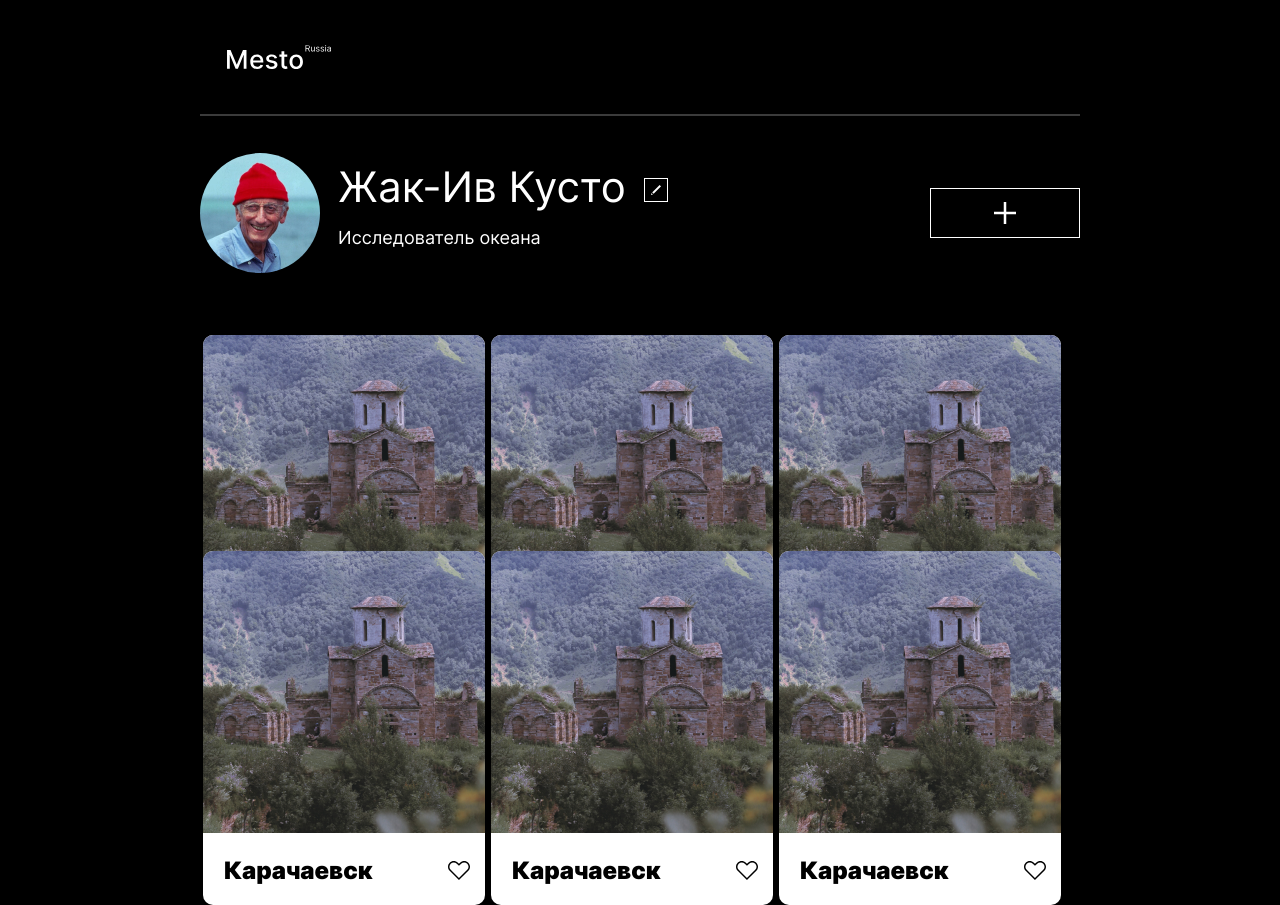
Repository: dyond/mesto
Page: index.html
These files come from the project's save history. The page is drawn as it stood at one moment and after a run of saves; the edit follows.
The browser window is 1280 px wide. The pictures show the whole page.

Above is the page before, as saved 2022-11-28 19:47:55.

### index.html
<!DOCTYPE html>
<html lang="ru">
<head>
  <meta charset="UTF-8">
  <meta http-equiv="X-UA-Compatible" content="IE=edge">
  <meta name="viewport" content="width=device-width, initial-scale=1.0">
  <link rel="stylesheet" href="pages/index.css">
  <title>Mesto</title>
</head>
<body class="root">
  <div class="page">
    <header class="header">
      <img src="images/logo.svg" alt="" class="header__logo">
      <hr class="header__line">
    </header>
    <main>
      <section class="profile">
        <img src="images/avatar.jpg" alt="" class="profile__avatar">
        <div class="profile__info">
          <div class="profile__info-group">
            <h1 class="profile__info-title">Жак-Ив Кусто</h1>
            <button class="profile__info-button profile__info-button__edit">
              <img src="images/Vector.png" alt="">
            </button>
          </div>
          <p class="profile__info-subtitle">Исследователь океана</p>

        </div>
        <button class="profile__info-button profile__info-button__add">
          <img src="images/Vector_2.png" alt="">
        </button>
      </section>
      <section class="cards">
        <div class="card">
          <img src="images/kirill-pershin-1088404-unsplash.jpg" alt="" class="card__image">
          <div class="card__group">
            <h2 class="card__title">Карачаевск</h2>
            <button class="card__button">
              <img src="images/vector_3.svg" alt="">
            </button>
          </div>
        </div>
        <div class="card">
          <img src="images/kirill-pershin-1088404-unsplash.jpg" alt="" class="card__image">
          <div class="card__group">
            <h2 class="card__title">Карачаевск</h2>
            <button class="card__button">
              <img src="images/vector_3.svg" alt="">
            </button>
          </div>
        </div>
        <div class="card">
          <img src="images/kirill-pershin-1088404-unsplash.jpg" alt="" class="card__image">
          <div class="card__group">
            <h2 class="card__title">Карачаевск</h2>
            <button class="card__button">
              <img src="images/vector_3.svg" alt="">
            </button>
          </div>
        </div>
        <div class="card">
          <img src="images/kirill-pershin-1088404-unsplash.jpg" alt="" class="card__image">
          <div class="card__group">
            <h2 class="card__title">Карачаевск</h2>
            <button class="card__button">
              <img src="images/vector_3.svg" alt="">
            </button>
          </div>
        </div>
        <div class="card">
          <img src="images/kirill-pershin-1088404-unsplash.jpg" alt="" class="card__image">
          <div class="card__group">
            <h2 class="card__title">Карачаевск</h2>
            <button class="card__button">
              <img src="images/vector_3.svg" alt="">
            </button>
          </div>
        </div>
        <div class="card">
          <img src="images/kirill-pershin-1088404-unsplash.jpg" alt="" class="card__image">
          <div class="card__group">
            <h2 class="card__title">Карачаевск</h2>
            <button class="card__button">
              <img src="images/vector_3.svg" alt="">
            </button>
          </div>
        </div>
      </section>
    </main>
  </div>
</body>
</html>

### pages/index.css
/* NORMALIZE */
@import url(../vendor/normalize.css);

/* ROOT */
@import url(../blocks/root/root.css);

/* PAGE */
@import url(../blocks/page/page.css);

/* FONTS */
@import url(../vendor/fonts/fonts.css);

/* HEADER */
@import url(../blocks/header/header.css);
@import url(../blocks/header/__logo/header__logo.css);
@import url(../blocks/header/__line/header__line.css);

/* PROFILE */
@import url(../blocks/profile/profile.css);
@import url(../blocks/profile/__avatar/profile__avatar.css);
@import url(../blocks/profile/__info-button/profile__info-button.css);
@import url(../blocks/profile/__info/profile__info.css);
@import url(../blocks/profile/__info-group/profile__info-group.css);
@import url(../blocks/profile/__info-title/profile__info-title.css);
@import url(../blocks/profile/__info-subtitle/profile__info-subtitle.css  );
@import url(../blocks/profile/__info-button/__edit/profile__info-button__edit.css);
@import url(../blocks/profile/__info-button/__add/profile__info-button__add.css);

/* CARDS */
@import url(../blocks/cards/cards.css);
@import url(../blocks/cards/card/card.css);
@import url(../blocks/cards/card/__title/card__title.css);
@import url(../blocks/cards/card/__button/card__button.css);
@import url(../blocks/cards/card/__group/card__group.css);
@import url(../blocks/cards/card/__image/card__image.css);

### blocks/root/root.css
.root{
  background: #000000;
}

### blocks/page/page.css
.page{
  font-family: 'Inter', Arial, sans-serif;
  max-width: 880px;
  margin: 0 auto;
}

### vendor/fonts/fonts.css
@font-face {
  font-family: "Inter";
  src: local("Inter"),
    url("./Inter-Regular.woff2") format("woff2"),
    url("./Inter-Regular.woff") format("woff");
  font-weight: 400;
}

@font-face {
  font-family: "Inter";
  src: local("Inter"),
    url("./Inter-Bold.woff2") format("woff2"),
    url("./Inter-Bold.woff") format("woff");
  font-weight: 700;
}

@font-face {
  font-family: "Inter";
  src: local("Inter"),
    url("./Inter-Black.woff2") format("woff2"),
    url("./Inter-Black.woff") format("woff");
  font-weight: 900;
}

### blocks/header/header.css
.header {
  margin: 28px 0 42px;
  height: 56px;
}

@media screen and (min-width: 880px) {
  .header {
      margin: 45px 0 40px;
  }
}

### blocks/header/__logo/header__logo.css
.header__logo{
  width: 104px;
  margin-bottom: 32px;
  margin-left: 27px;
}

@media screen and (min-width: 880px) {
  .header__logo {
    margin-bottom: 41px;
  }
}

### blocks/header/__line/header__line.css
.header__line{
  margin: 0;
  opacity: 0.7;
  border: 1px solid #545454;
  background-color: #545454;
}

### blocks/profile/profile.css
.profile{
  font-size: 0px;
  display: flex;
  flex-direction: column;
  align-items: center;
  flex-wrap: wrap;
  justify-content: space-between;
  margin-bottom: 36px;
}

@media screen and (min-width: 880px){
  .profile{
    flex-direction: row;
    margin-bottom: 50px;
  }
}

### blocks/profile/__avatar/profile__avatar.css
.profile__avatar{
  border-radius: 50%;
  max-width: 120px;
}

### blocks/profile/__info-button/profile__info-button.css
.profile__info-button:hover{
  cursor: pointer;
  opacity: 0.6;
}

### blocks/profile/__info/profile__info.css
.profile__info{
  color: #fff;
}

### blocks/profile/__info-group/profile__info-group.css
.profile__info-group {
  display: flex;
  align-items: center;
  margin-left: 25px;
}

@media screen and (min-width: 880px) {
  .profile__info-group {
    margin-left: 0;
  }
}

### blocks/profile/__info-title/profile__info-title.css
.profile__info-title{
  margin: 0 auto;
  font-weight: 500;
  font-size: 27px;
  line-height: 33px;
  text-align: center;
  margin-top: 26px;
  margin-bottom: 14px;
}

@media screen and (min-width: 880px) {
  .profile__info-title {
    margin-top: 22px;
    margin-bottom: 16px;
    font-size: 42px;
    line-height: 48px;
  }
}

### blocks/profile/__info-subtitle/profile__info-subtitle.css
.profile__info-subtitle{
  margin: 0;
  font-weight: 400;
  font-size: 14px;
  text-align: center;
  line-height: 17px;
  margin-bottom: 36px;
}

@media screen and (min-width: 880px) {
  .profile__info-subtitle {
    font-size: 18px;
    line-height: 22px;
    text-align: start;
  }
}

### blocks/profile/__info-button/__edit/profile__info-button__edit.css
.profile__info-button__edit{
  padding: 0;
  height: 18px;
  width: 18px;
  background: transparent;
  border: 1px solid #fff;
  margin-left: 10px;
  margin-top: 12px;
}

@media screen and (min-width: 880px) {
  .profile__info-button__edit {
    height: 24px;
    width: 24px;
    margin-top: 12px;
    margin-left: 18px;
  }
}

### blocks/profile/__info-button/__add/profile__info-button__add.css
.profile__info-button__add{
  padding: 0;
  width: 282px;
  height: 50px;
  background: transparent;
  border: 1px solid #fff;
}

@media screen and (min-width: 880px) {
  .profile__info-button__add {
    margin-left: 244px;
    width: 150px;
  }
}

### blocks/cards/cards.css
.cards{
  display: grid;
  grid-template-columns: repeat(auto-fill, 288px);
    grid-template-rows: repeat(auto-fill, 216px);
}

### blocks/cards/card/card.css
.card{
  margin: 0 auto;
  /* max-width: 282px; */
  border-radius: 10px;
  background-color: #fff;
  text-align: center;
}

### blocks/cards/card/__title/card__title.css
.card__title{
  font-weight: 900;
  font-size: 24px;
  line-height: 29px;
}

### blocks/cards/card/__button/card__button.css
.card__button{
  padding: 0;
  font-size: 0;
  background: transparent;
  border: none;
  color: #fff;
}

.card__button:hover{
  cursor: pointer;
  opacity: 0.6;
}

### blocks/cards/card/__group/card__group.css
.card__group{
  display: flex;
  justify-content: space-between;
  margin: 0px 15px 0px 21px;
}

### blocks/cards/card/__image/card__image.css
.card__image{
  max-width: 282px;
  border-top-right-radius: 10px;
  border-top-left-radius: 10px;
}

Loaded but not shown: vendor/normalize.css (library)

After the next 2 saves:
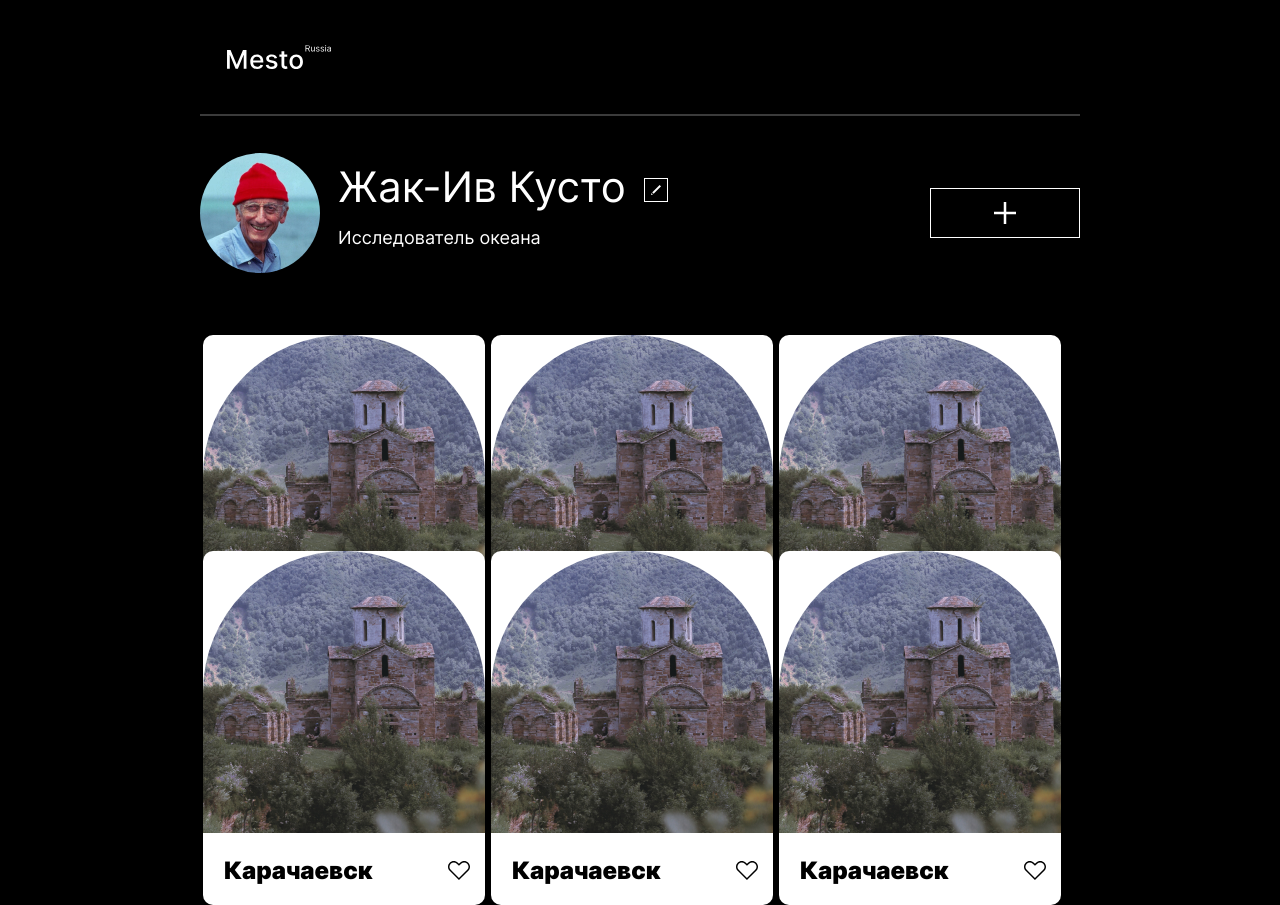
The 2 saves are shown as one change because they came seconds apart.
The last was saved 27 s later.
--- a/blocks/cards/card/__image/card__image.css
+++ b/blocks/cards/card/__image/card__image.css
@@ -1,5 +1,5 @@
 .card__image{
   max-width: 282px;
-  border-top-right-radius: 10px;
-  border-top-left-radius: 10px;
+  border-top-right-radius: 282px;
+  border-top-left-radius: 282px;
 }

After the save that followed:
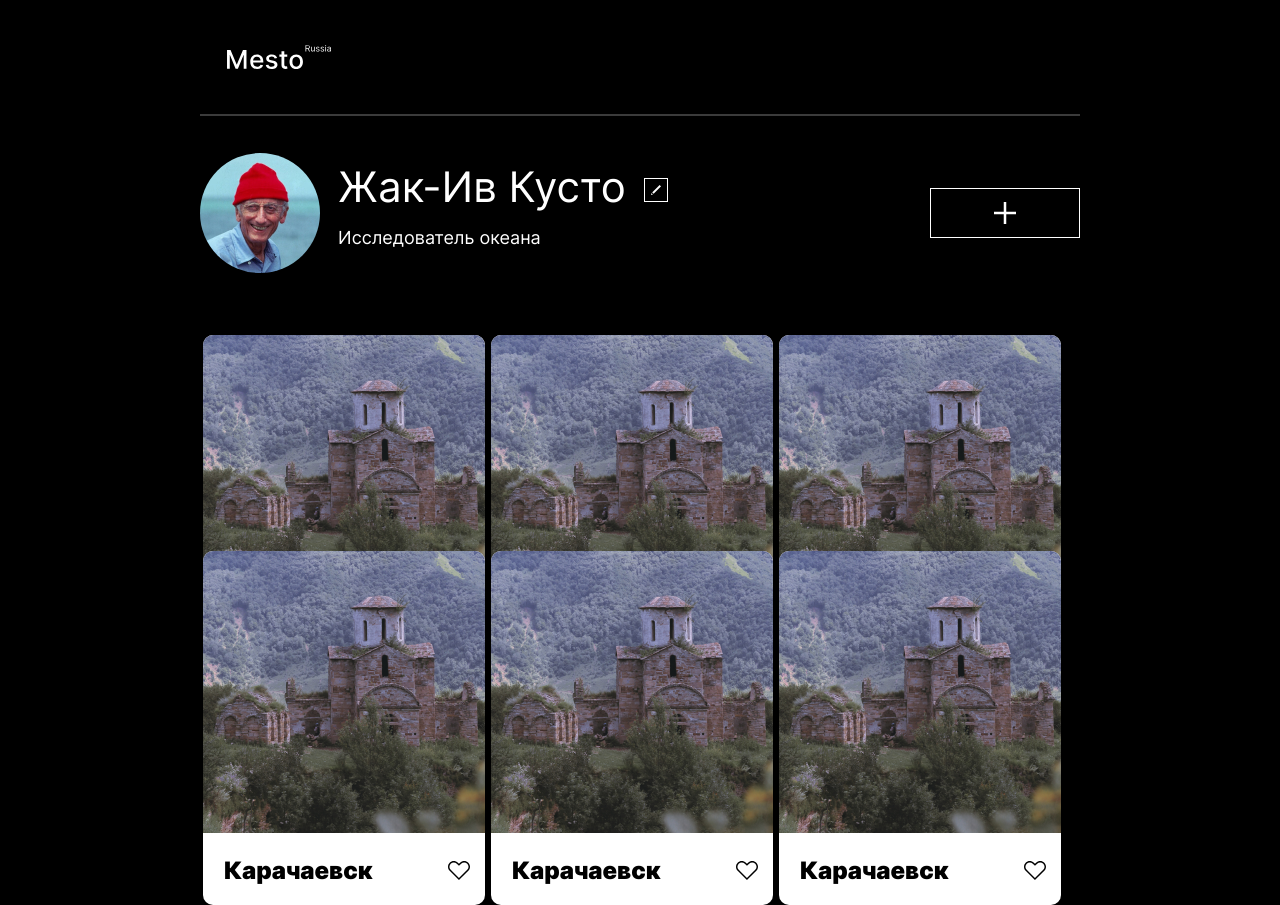
Saved 12 s later.
--- a/blocks/cards/card/__image/card__image.css
+++ b/blocks/cards/card/__image/card__image.css
@@ -1,5 +1,5 @@
 .card__image{
   max-width: 282px;
-  border-top-right-radius: 282px;
-  border-top-left-radius: 282px;
+  border-top-right-radius: 10px;
+  border-top-left-radius: 10px;
 }
